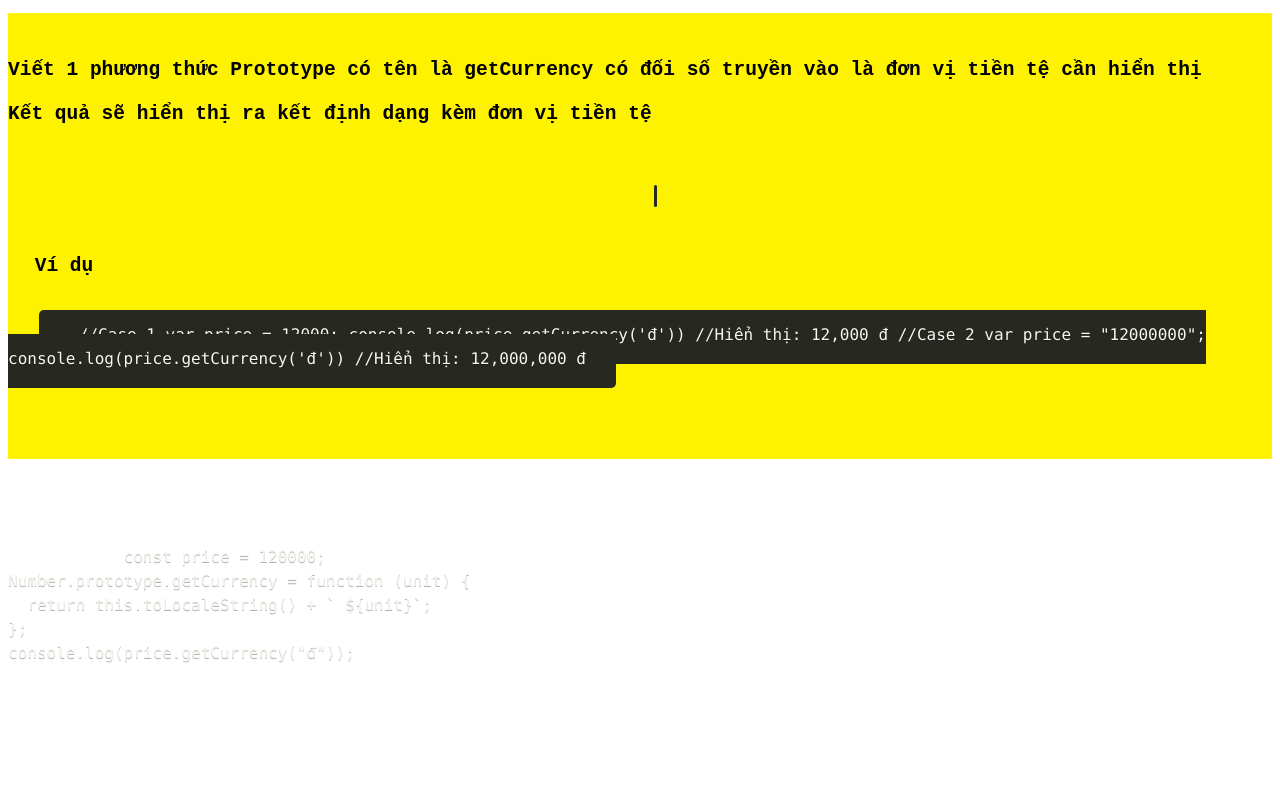
Repository: Dongnguyen318/Quydong
Page: Day 22/ex02.html
These files come from the project's save history. The page is drawn as it stood at one moment and after the next save; the edit follows.
The browser window is 1280 px wide. The pictures show the whole page.

Above is the page before, as saved 2023-08-29 23:56:18.

After the next save:
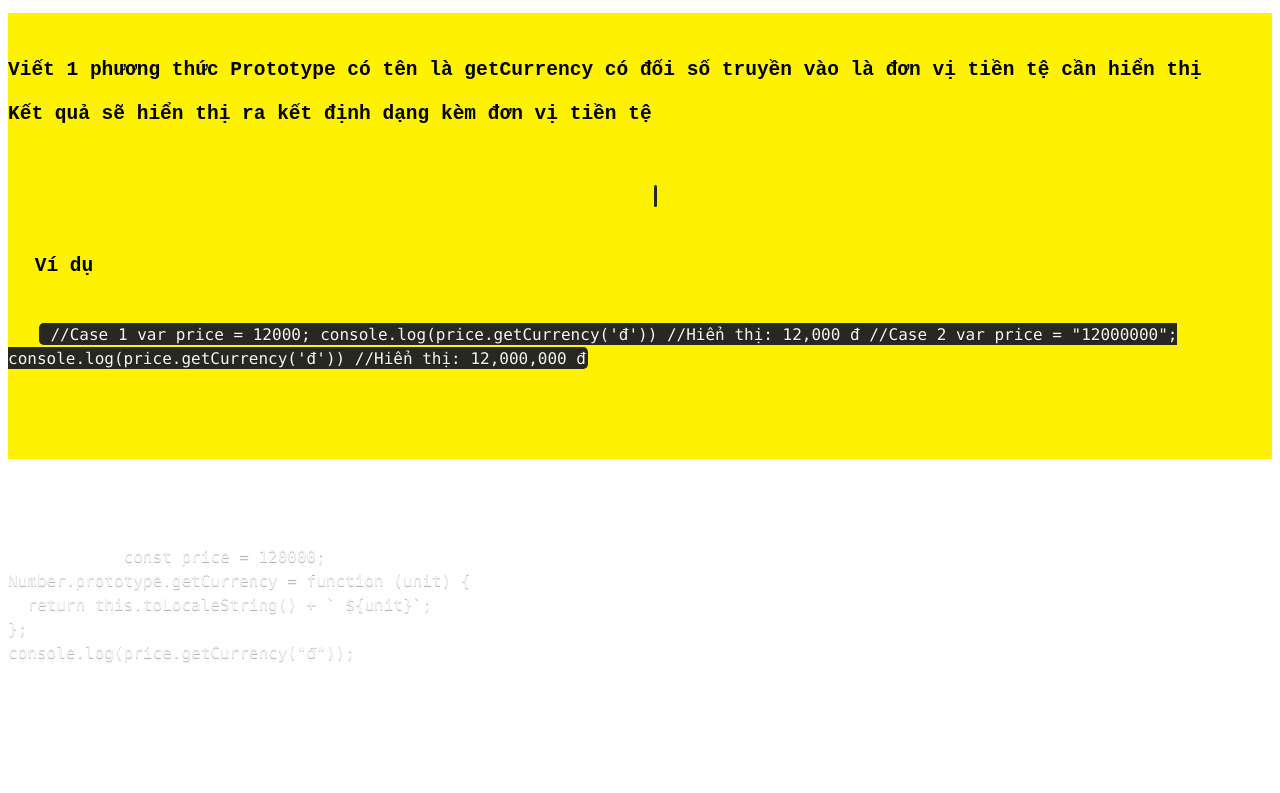
Saved 11 s later.
--- a/Day 22/ex02.html
+++ b/Day 22/ex02.html
@@ -20,7 +20,7 @@ Kết quả sẽ hiển thị ra kết định dạng kèm đơn vị tiền t
     <code class="language-js">
     </code>
     <h2 style="padding: 15px;" > Ví dụ</h2>
-    <code class="language-js" style="padding: 15px 30px 20px;">
+    <code class="language-js" >
         //Case 1
 var price = 12000;
 console.log(price.getCurrency('đ')) //Hiển thị: 12,000 đ
